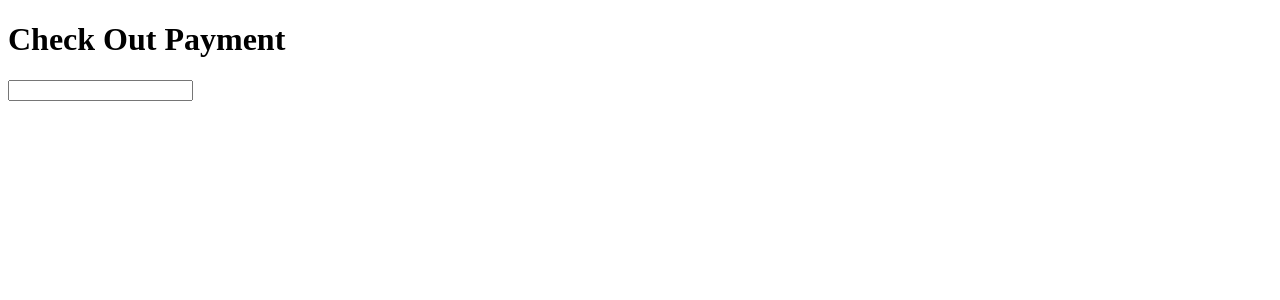
Repository: kotta0/PaymentJson
Page: PaymentMessageWebServiceGK/WebContent/HelloWorldhtml.html
These files come from the project's save history. The page is drawn as it stood at one moment and after the next save; the edit follows.
The browser window is 1280 px wide. The pictures show the whole page.

Above is the page before, as saved 2017-06-20 08:14:00.

After the next save:
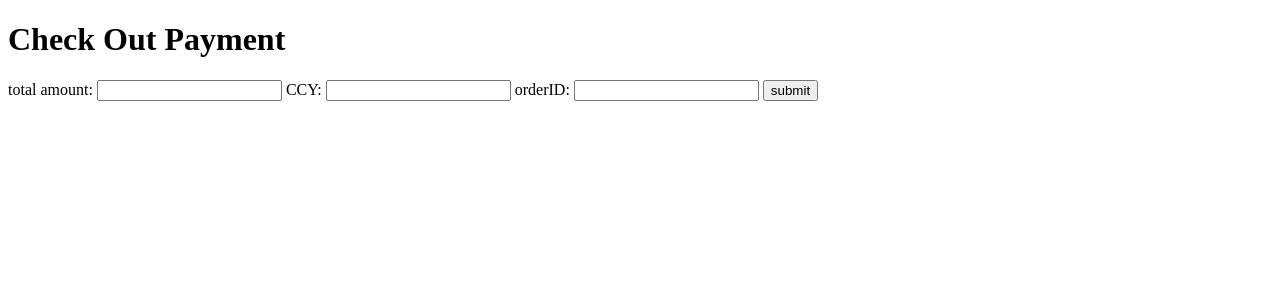
Saved 2 min 12 s later.
--- a/PaymentMessageWebServiceGK/WebContent/HelloWorldhtml.html
+++ b/PaymentMessageWebServiceGK/WebContent/HelloWorldhtml.html
@@ -6,9 +6,15 @@
 </head>
 <body>
 	<h1>Check Out Payment</h1>
-	<form>
-	<input type="text" name="amount">
-	</input>
+	<form action="submit">
+	total amount:
+	<input type="text" name="amount"></input>
+	CCY:
+	<input type="text" name="currency"></input>
+	orderID:
+	<input type="text" name="orderID"></input>
+	<input type="button" name="submit" value="submit"/>
 	</form>
+
 </body>
 </html>
